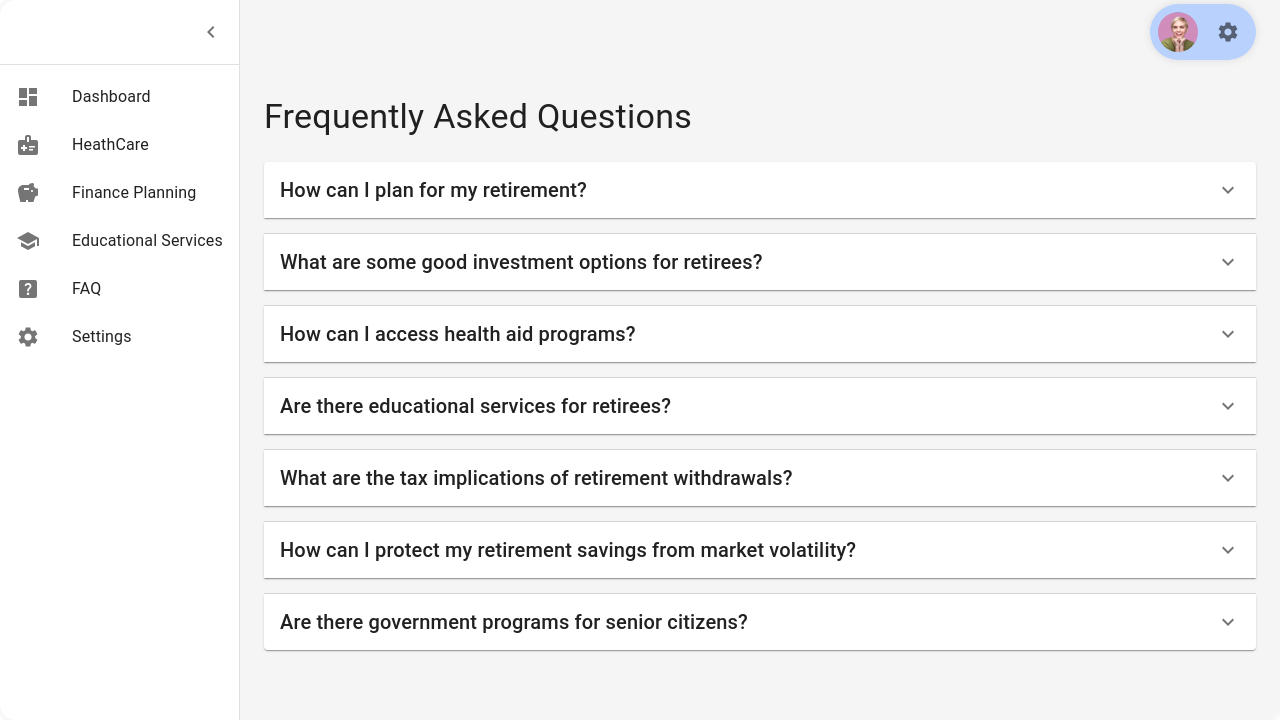
Repository: shubhampirate/TIAA_Retirement_hackathon
Page: /education
An editor plug-in stored every save of this project. The page is shown before and after the next save, followed by the edit.
The browser window is 1280 px wide. The pictures show the whole page.
The project was rebuilt for these pictures with package versions that can differ from the ones it lists, and the page was loaded fresh each time. Also part of the build but not shown: src/Components/CustomButton.jsx, src/Components/Navbar.jsx, src/Components/Properties.jsx, src/Components/Footer.jsx, src/Components/Hero.jsx, src/pages/Sign_In.jsx, src/Components/Settings.jsx.

Above is the page before, as saved 2023-11-15 20:42:50.

After the next save:
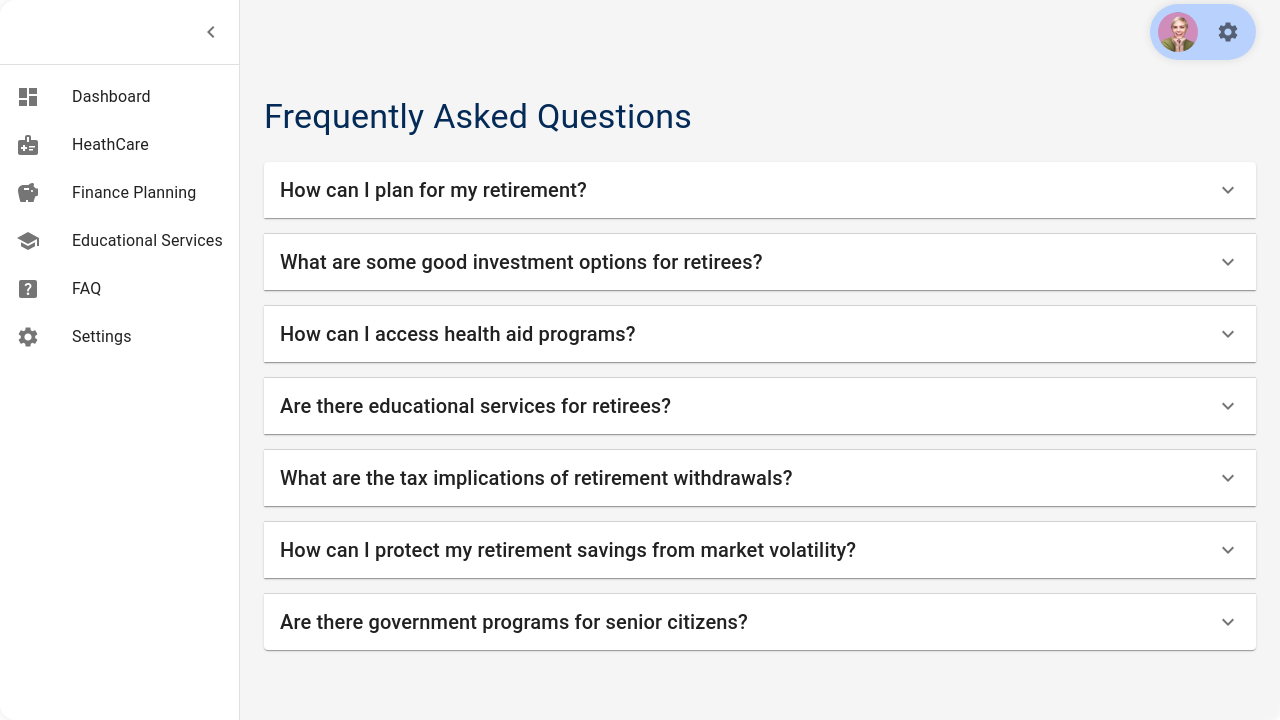
Saved 31 s later.
--- a/src/Components/Questions.jsx
+++ b/src/Components/Questions.jsx
@@ -281,7 +281,7 @@ export default function Questions() {
 
           {/* Start Here */}
           <Container sx={{ mt: 4 }}>
-      <Typography variant="h4" sx={{ mb: 3, color: "" }}>Frequently Asked Questions</Typography>
+      <Typography variant="h4" sx={{ mb: 3, color: "#042A57" }}>Frequently Asked Questions</Typography>
       {FAQData.map((faq, index) => (
         <Accordion key={index} sx={{ mb: 2 }}>
           <AccordionSummary expandIcon={<ExpandMoreIcon />} aria-controls={`panel-${index}`} id={`panel-${index}`}>
